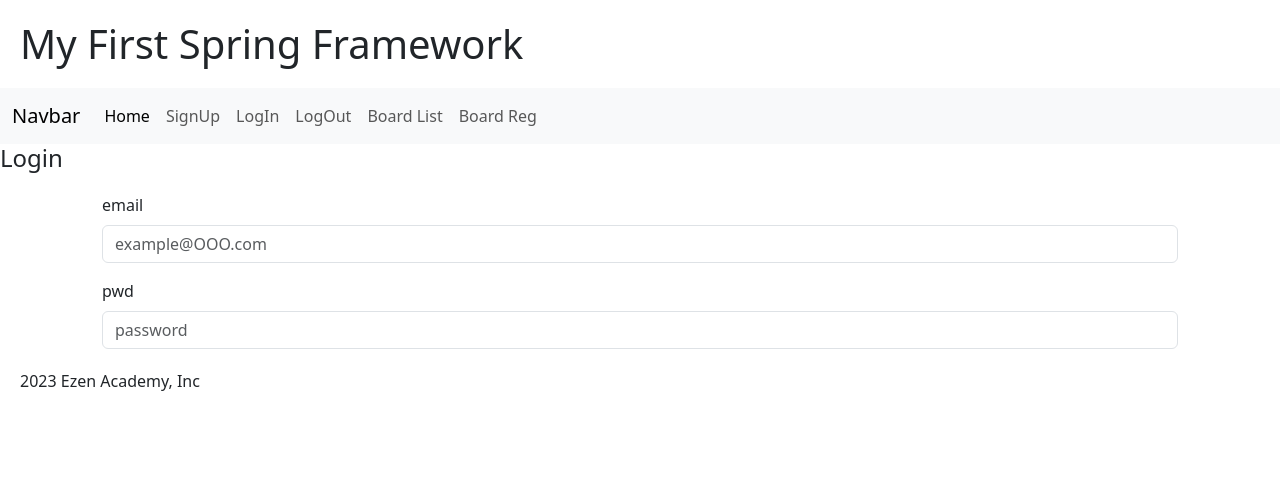
Repository: hayxxnekim/spring
Page: http://localhost/springProject/WEB-INF/views/member/login.jsp
The author's editor kept a copy of each file at every save. The page is drawn from the files as they stood at one save, then again after the next save.
The browser window is 1280 px wide. The pictures show the whole page.
The page is served by Tomcat 9. Nobody is signed in. The template is opened directly, without the code that normally fills it, so the values that code supplies are empty.

Above is the page before, as saved 2023-10-27 12:16:53.

After the next save:
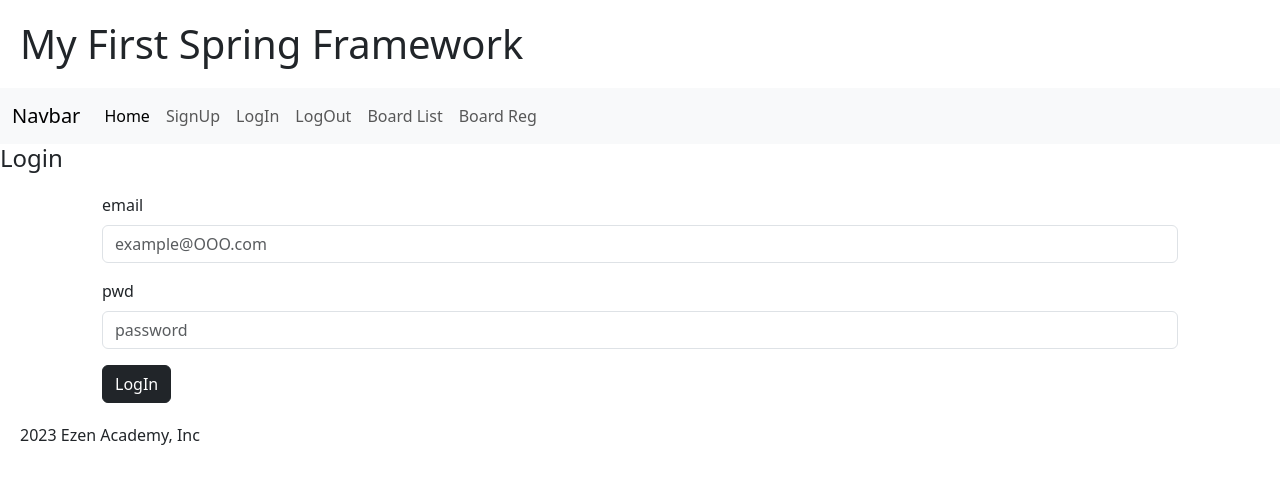
Saved 37 s later.
--- a/springProject/src/main/webapp/WEB-INF/views/member/login.jsp
+++ b/springProject/src/main/webapp/WEB-INF/views/member/login.jsp
@@ -20,6 +20,7 @@
 	  <label for="p" class="form-label">pwd</label>
 	  <input type="password" class="form-control" name="pwd" id="p" placeholder="password">
 	</div>
+	<button type="submit" class="btn btn-dark">LogIn</button>
 </form>
 </div>
 <jsp:include page="../common/footer.jsp" />
